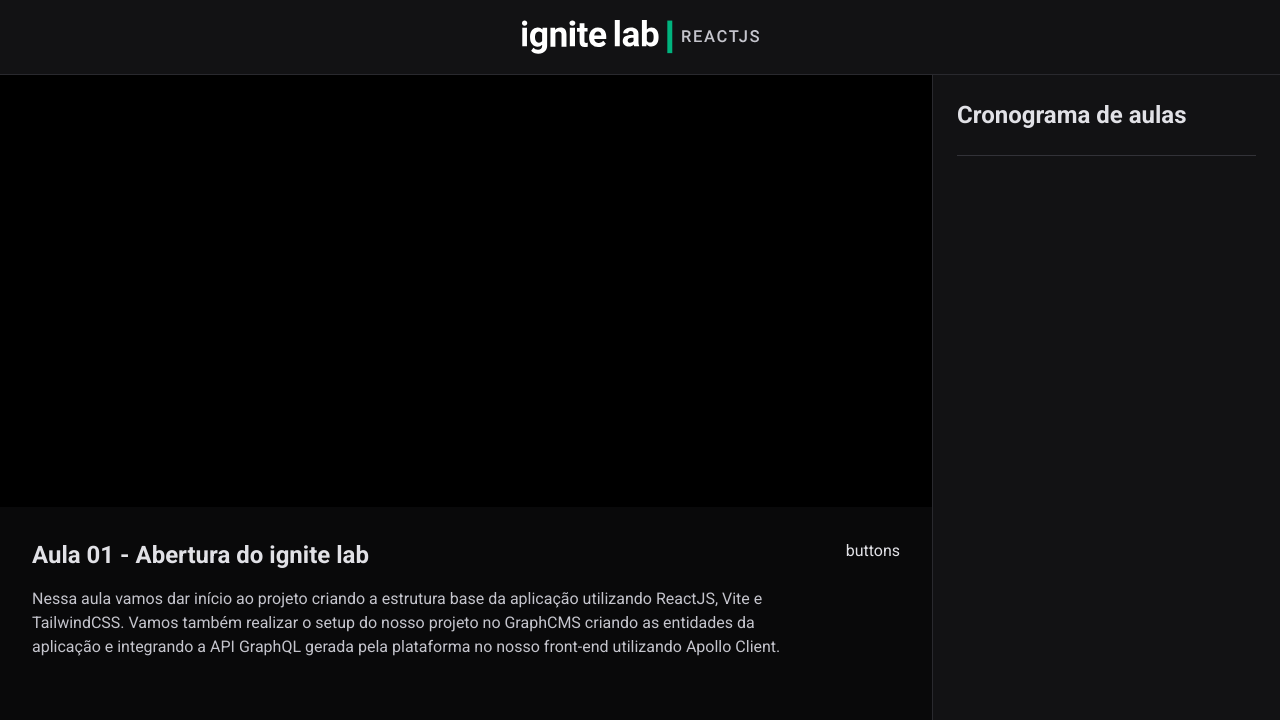
Repository: andynadvorny/event-platform
Page: /event
The author's editor kept a copy of each file at every save. The page is drawn from the files as they stood at one save, then again after the next save.
The browser window is 1280 px wide. The pictures show the whole page.
The page's requests for data from a server got no answer. The project was rebuilt for these pictures with package versions that can differ from the ones it lists, and the page was loaded fresh each time. No one was signed in, and anything a server would have sent is missing. Also part of the build but not shown: vite.config.ts, src/components/Lesson.tsx.

Above is the page before, as saved 2022-06-24 11:37:31.

### src/App.tsx
import { Event } from './pages/Event'

function App() {
  return (
    <Event />
  )
}

export default App

### src/lib/apollo.ts
import { ApolloClient, InMemoryCache } from "@apollo/client";

export const client = new ApolloClient({
  uri: 'https://api-sa-east-1.graphcms.com/v2/cl4q028zp2n6q01xs9d4d26wj/master',
  cache: new InMemoryCache()
});

### src/pages/Event.tsx
import { Header } from '../components/Header'
import { Sidebar } from '../components/Sidebar'
import { Video } from '../components/Video'

export function Event() {
  return (
    <div className="flex flex-col min-h-screen">
      <Header />
      <main className="flex flex-1">
        <Video />
        <Sidebar />
      </main>
    </div>
  )
}

### src/components/Sidebar.tsx
import { gql, useQuery } from "@apollo/client";
import { Lesson } from "./Lesson";

const GET_LESSONS_QUERY = gql`
  query {
    lessons(orderBy: availableAt_ASC, stage: PUBLISHED) {
      id
      lessonType
      availableAt
      title
      slug
    }
  }
`

interface GetLessonsQueryResponse {
  lessons: {
    id: string;
    lessonType: 'live' | 'class'
    availableAt: string;
    title: string;
    slug: string;
  }[]
}

export function Sidebar() {
  const { data } = useQuery<GetLessonsQueryResponse>(GET_LESSONS_QUERY)

  return (
    <aside className="w-[348px] bg-gray-700 p-6 border-l border-gray-600">
      <span className="font-bold text-2xl pb-6 mb-6 border-b border-gray-500 block">
        Cronograma de aulas
      </span>
      <div className="flex flex-col gap-8">
        {data?.lessons.map( lesson => (
          <Lesson
            key={lesson.id}
            title={lesson.title}
            slug={lesson.slug}
            availableAt={new Date(lesson.availableAt)}
            type={lesson.lessonType}
          />
        ))}
      </div>
    </aside>
  )
}

### src/components/Video.tsx
export function Video() {
  return (
    <div className="flex-1">
      <div className="flex justify-center bg-black">
        <div className="h-full w-full max-w-[1100px] max-h-[60vh] aspect-video"></div>
      </div>

      <div className="p-8 max-w-[1100px] mx-auto">
        <div className="flex items-start gap-16">
          <div className="flex-1">
            <h1 className="text-2xl font-bold">
              Aula 01 - Abertura do ignite lab
            </h1>
            <p className="mt-4 text-gray-200">
              Nessa aula vamos dar início ao projeto criando a estrutura base da aplicação utilizando ReactJS, Vite e TailwindCSS. Vamos também realizar o setup do nosso projeto no GraphCMS criando as entidades da aplicação e integrando a API GraphQL gerada pela plataforma no nosso front-end utilizando Apollo Client.
            </p>
          </div>
          <div className="flx flex-col gap-4">
            buttons
          </div>
        </div>
        <div>

        </div>
      </div>
    </div>
  )
}

### src/components/Logo.tsx
export function Logo() {
  return (
    <svg
      xmlns="http://www.w3.org/2000/svg"
      width="237"
      height="34"
      fill="none"
      viewBox="0 0 237 34"
    >
      <path
        fill="#fff"
        d="M.002 3.112a2.49 2.49 0 01.165-.987c.12-.314.304-.595.535-.83A2.906 2.906 0 012.615.572c.698 0 1.374.257 1.912.723.23.24.412.524.536.837a2.701 2.701 0 010 1.979 2.568 2.568 0 01-.536.837 2.889 2.889 0 01-1.907.723 2.901 2.901 0 01-1.908-.723 2.458 2.458 0 01-.538-.84 2.645 2.645 0 01-.172-.996zm4.96 23.146H.273V7.862h4.689v18.397zM8.012 16.973c0-2.853.686-5.145 2.055-6.883a6.653 6.653 0 015.528-2.606 5.869 5.869 0 014.802 2.09l.2-1.751h4.538v17.95a7.891 7.891 0 01-1.12 4.246 7.243 7.243 0 01-3.147 2.752 11.155 11.155 0 01-4.742.94c-1.378 0-2.74-.279-4.008-.812a7.08 7.08 0 01-2.946-2.11l2.208-3.02a5.905 5.905 0 004.543 2.08 4.356 4.356 0 003.104-1.059 3.938 3.938 0 001.103-2.993v-.994a5.775 5.775 0 01-4.555 1.935 6.647 6.647 0 01-3.05-.652 6.615 6.615 0 01-2.408-1.967c-1.397-1.752-2.085-4.089-2.085-6.942v-.21h-.025l.005.006zm4.997.355a6.723 6.723 0 001.026 3.956 3.233 3.233 0 002.799 1.443c.651.045 1.3-.088 1.878-.39a3.52 3.52 0 001.396-1.305v-7.825a3.448 3.448 0 00-1.374-1.305 3.504 3.504 0 00-1.86-.39 3.28 3.28 0 00-1.61.365 3.22 3.22 0 00-1.219 1.103c-.688.975-1.036 2.418-1.036 4.348zM33.098 7.833l.158 2.196a6.527 6.527 0 012.371-1.927 6.38 6.38 0 012.971-.62c1.97 0 3.438.597 4.39 1.79.953 1.194 1.456 2.936 1.486 5.293v12.249h-4.962V14.683a3.367 3.367 0 00-.684-2.344 3.086 3.086 0 00-1.069-.598 3.008 3.008 0 00-1.211-.13 3.349 3.349 0 00-1.821.454c-.553.32-1.01.794-1.313 1.367v13.37H28.45V7.845l4.647-.012zM47.512 3.112a2.304 2.304 0 01.185-.988 2.42 2.42 0 01.59-.831A3.439 3.439 0 0150.404.57c.772 0 1.52.256 2.117.723.508.486.792 1.142.792 1.826 0 .683-.284 1.34-.792 1.826a3.417 3.417 0 01-2.11.723c-.77 0-1.517-.257-2.11-.723a2.47 2.47 0 01-.594-.839 2.342 2.342 0 01-.19-.994h-.005zm5.483 23.149h-5.18V7.86h5.18v18.4zM62.454 3.334v4.612h3.107v3.677h-3.107v9.382c-.05.53.091 1.063.395 1.495a1.824 1.824 0 001.473.45c.476.002.95-.035 1.421-.114v3.803a9.672 9.672 0 01-2.939.449c-3.398 0-5.128-1.775-5.19-5.32V11.644h-2.642V7.968h2.643V3.356h4.841v-.025l-.002.003zM76.487 27.08a9.277 9.277 0 01-6.759-2.55c-1.74-1.699-2.605-3.957-2.605-6.797v-.494a11.295 11.295 0 011.098-5.08 8.141 8.141 0 013.111-3.465 8.72 8.72 0 014.59-1.22c2.577 0 4.62.815 6.098 2.449 1.478 1.633 2.226 3.94 2.226 6.929v2.055h-12.01a4.665 4.665 0 001.473 2.971 4.487 4.487 0 003.111 1.111 5.426 5.426 0 004.548-2.115l2.476 2.781a7.506 7.506 0 01-3.07 2.507 9.81 9.81 0 01-4.287.916v.002zm-.594-15.514a3.127 3.127 0 00-2.428 1.012 5.405 5.405 0 00-1.188 2.912h7.006v-.405a3.749 3.749 0 00-.908-2.608 3.252 3.252 0 00-2.45-.908h-.03l-.002-.003zM97.771 26.259h-4.957V0h4.957V26.26zM112.209 26.259c-.227-.444-.392-.997-.496-1.659-1.196 1.333-2.751 2.002-4.666 2.002-1.811 0-3.314-.523-4.504-1.572-1.191-1.049-1.786-2.372-1.786-3.966 0-1.96.725-3.464 2.179-4.513 1.453-1.049 3.553-1.58 6.3-1.59h2.273v-1.06c0-.854-.22-1.54-.659-2.051-.44-.513-1.131-.77-2.078-.77-.832 0-1.486.2-1.957.6-.474.4-.708.945-.708 1.64h-4.941c0-1.07.331-2.062.992-2.973.662-.91 1.597-1.626 2.804-2.144 1.206-.518 2.564-.778 4.069-.778 2.28 0 4.089.573 5.429 1.718 1.34 1.145 2.009 2.756 2.009 4.83v8.017c.012 1.754.256 3.082.735 3.983v.29h-4.992l-.003-.004zm-4.086-3.435c.728 0 1.402-.163 2.016-.486.614-.326 1.071-.76 1.367-1.308v-3.181h-1.846c-2.472 0-3.79.854-3.948 2.564l-.017.291c0 .614.217 1.123.649 1.523.434.4 1.026.6 1.779.6v-.003zM136.58 17.183c0 2.963-.632 5.273-1.898 6.931-1.265 1.659-3.032 2.488-5.3 2.488-2.006 0-3.608-.77-4.805-2.308l-.222 1.967h-4.444V.001h4.94v9.418c1.14-1.332 2.638-2 4.496-2 2.256 0 4.025.828 5.308 2.487 1.283 1.658 1.923 3.992 1.923 7v.274l.002.003zm-4.94-.358c0-1.868-.296-3.233-.889-4.094-.592-.861-1.475-1.29-2.65-1.29-1.572 0-2.655.643-3.247 1.932v7.299c.604 1.298 1.697 1.95 3.282 1.95 1.584 0 2.643-.788 3.146-2.36.239-.752.358-1.897.358-3.437z"
      ></path>
      <path
        fill="#C4C4CC"
        d="M164.51 17.501h-2.283v4.53h-2.048v-11.78h4.143c1.36 0 2.408.306 3.149.915.74.61 1.108 1.493 1.108 2.648 0 .787-.19 1.449-.57 1.98-.38.532-.911.94-1.59 1.226l2.646 4.906v.106h-2.194l-2.364-4.531h.003zm-2.283-1.65h2.105c.691 0 1.229-.176 1.619-.524.39-.348.582-.824.582-1.429 0-.604-.18-1.12-.538-1.466-.358-.345-.893-.523-1.606-.533h-2.162V15.85zM179.066 16.773h-4.839v3.625h5.656v1.634h-7.704V10.25h7.648v1.65h-5.6v3.253h4.839v1.62zM189.803 19.29h-4.565l-.955 2.744h-2.127l4.452-11.783h1.836l4.459 11.783h-2.137l-.963-2.744zm-3.99-1.65h3.415l-1.707-4.89-1.708 4.89zM204.716 18.197c-.119 1.256-.583 2.238-1.392 2.941-.81.703-1.885 1.056-3.228 1.056-.938 0-1.764-.222-2.48-.668-.715-.445-1.266-1.079-1.656-1.898-.387-.82-.589-1.772-.607-2.858v-1.1c0-1.11.198-2.09.59-2.937.392-.846.96-1.5 1.695-1.96.736-.458 1.587-.688 2.554-.688 1.301 0 2.347.353 3.139 1.057.792.703 1.254 1.7 1.385 2.99h-2.039c-.096-.846-.343-1.458-.74-1.833-.397-.375-.977-.563-1.745-.563-.89 0-1.574.326-2.05.977-.479.652-.721 1.605-.733 2.863v1.044c0 1.273.227 2.245.683 2.917.457.668 1.123 1.004 2.004 1.004.805 0 1.409-.18 1.814-.543.405-.363.661-.962.77-1.804h2.038l-.002.003zM216.481 11.902h-3.674v10.132h-2.031V11.902h-3.642V10.25h9.347v1.65zM222.759 10.251h2.039v8.262c0 1.127-.353 2.023-1.057 2.687-.703.664-1.633.995-2.788.995-1.229 0-2.179-.311-2.848-.93-.669-.62-1.004-1.484-1.004-2.59h2.038c0 .627.156 1.096.467 1.412.31.316.76.474 1.347.474.55 0 .989-.183 1.315-.545.326-.366.489-.867.489-1.51V10.25h.002zM234.952 18.999c0-.518-.183-.918-.545-1.197-.363-.279-1.022-.563-1.972-.849-.95-.286-1.705-.604-2.265-.955-1.074-.674-1.612-1.555-1.612-2.638 0-.95.388-1.732 1.163-2.347.774-.614 1.779-.922 3.015-.922.819 0 1.55.15 2.194.454a3.597 3.597 0 011.513 1.29c.367.558.55 1.177.55 1.858h-2.038c0-.614-.193-1.095-.578-1.443-.385-.348-.938-.524-1.656-.524-.668 0-1.189.144-1.557.43-.37.286-.555.686-.555 1.197 0 .432.2.792.6 1.08.399.29 1.056.57 1.974.842.918.271 1.653.582 2.208.93.556.348.963.748 1.222 1.197.259.452.387.977.387 1.582 0 .982-.375 1.762-1.127 2.342-.753.58-1.775.87-3.063.87a5.755 5.755 0 01-2.352-.473c-.715-.316-1.27-.75-1.668-1.308-.397-.555-.594-1.204-.594-1.942h2.048c0 .669.222 1.187.664 1.555.441.367 1.075.55 1.902.55.713 0 1.246-.143 1.607-.432.357-.288.538-.671.538-1.145l-.003-.002z"
      ></path>
      <path fill="#00B37E" d="M150.271 33.146h-4.958V.57h4.958v32.576z"></path>
    </svg>
  );
}

### tailwind.config.js
/** @type {import('tailwindcss').Config} */
module.exports = {
  content: [
    './src/**/*.tsx'
  ],
  theme: {
    extend: {
      fontFamily: {
        sans: 'Roboto, sans-serif'
      },
      colors: {
        green: {
          300: '#00B37E',
          500: '#00875F',
          700: '#015F43',
        },
        blue: {
          500: '#81D8F7',
        },
        orange: {
          500: '#FBA94C',
        },
        red: {
          500: '#F75A68',
        },
        gray: {
          100: '#E1E1E6',
          200: '#C4C4CC',
          300: '#8D8D99',
          500: '#323238',
          600: '#29292E',
          700: '#121214',
          900: '#09090A'
        }
      }
    },
  },
  plugins: [],
}

Loaded but not shown: index.html (common file); src/main.tsx (common file); src/styles/global.css (common file); src/components/Header.tsx (common file)

After the next save:
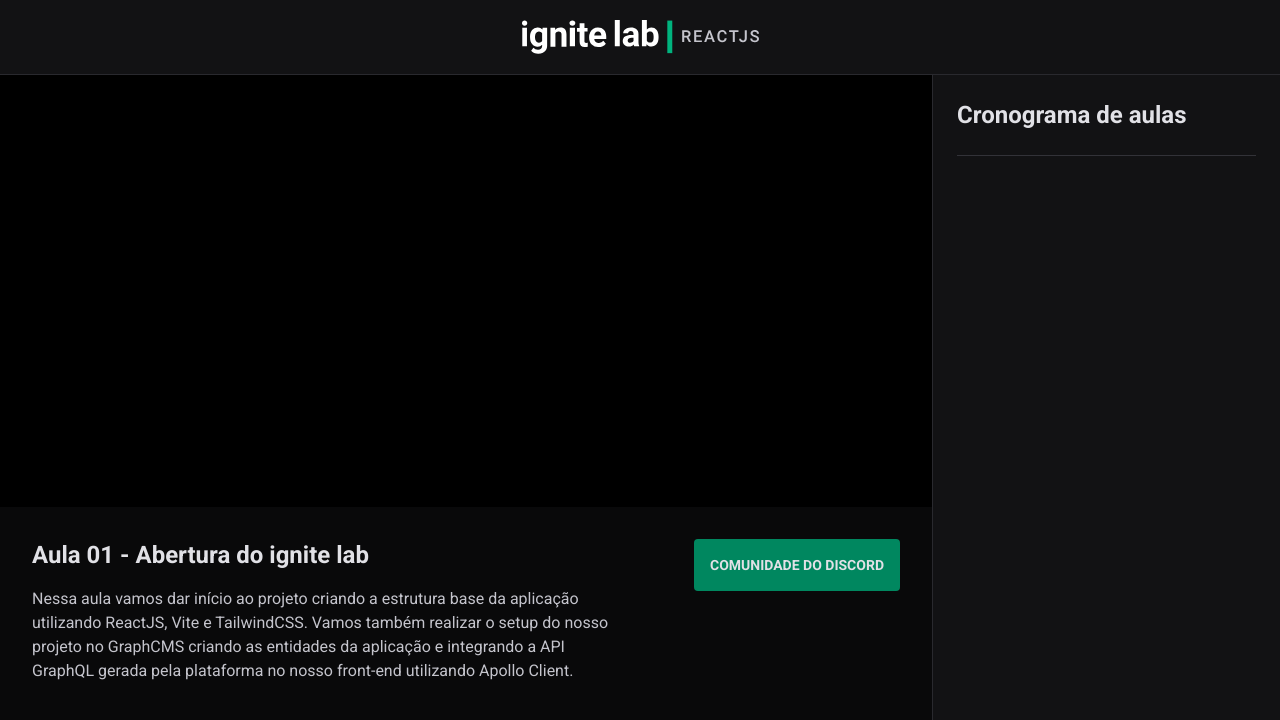
Saved 96 s later.
--- a/src/components/Video.tsx
+++ b/src/components/Video.tsx
@@ -16,7 +16,9 @@
             </p>
           </div>
           <div className="flx flex-col gap-4">
-            buttons
+            <a href="" className="p-4 text-sm bg-green-500 flex items-center rounded font-bold uppercase gap-2 justify-center">
+              Comunidade do Discord
+            </a>
           </div>
         </div>
         <div>
